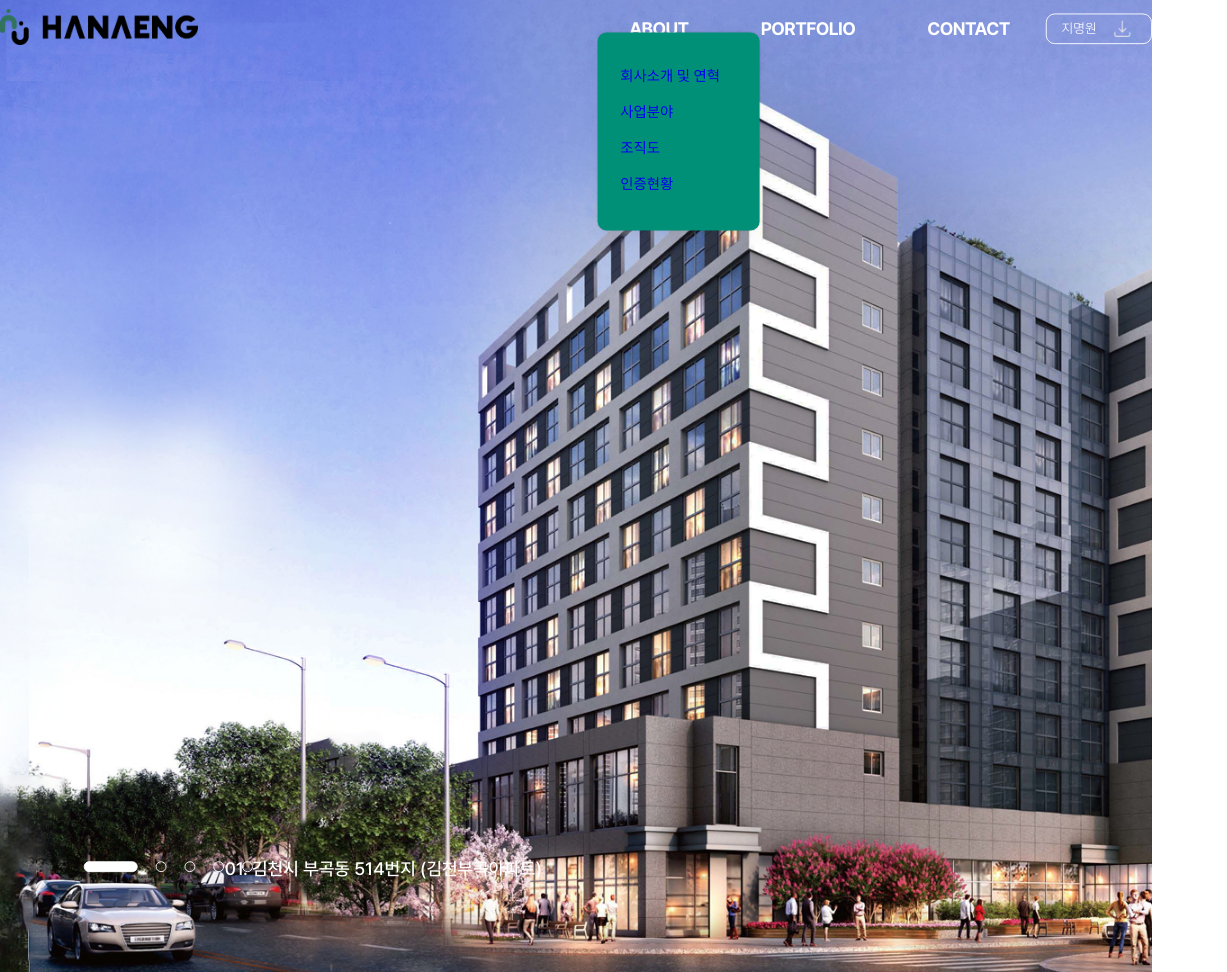
Repository: makeditWeb/hanaenc
Page: main.html
These files come from the project's save history. The page is drawn as it stood at one moment and after the next save; the edit follows.
The browser window is 1280 px wide. The page is 1363 px wide, so the pictures cover 1363 px, including what lies to the right of the window. The pictures show the whole page, at 90% of full size.
After loading, the first visible `button.nav-link` was clicked once.
Some web libraries are served in a nearby version.

Above is the page before, as saved 2023-07-05 18:45:05.

### main.html
<!DOCTYPE html>
<html lang="en">
<head>
    <meta charset="UTF-8">
    <meta name="viewport" content="width=device-width, initial-scale=1.0">
    <title>Document</title>

    <link rel="stylesheet" href="./css/style.css">

    <link rel="stylesheet" type="text/css" href="//cdn.jsdelivr.net/npm/slick-carousel@1.8.1/slick/slick.css"/>
</head>
<body>
    <header id="nav-menu" aria-label="navigation bar">
        <div class="container">
            <div class="nav-start">
                <a class="logo" href="/">
                    <img src="./image/logo_b.png"alt="Logo" />
                </a>

            </div>



            <div class="nav-end">
                <nav class="menu">
                    <ul class="menu-bar">
                        <li>
                            <button class="nav-link dropdown-btn" data-dropdown="dropdown1" aria-haspopup="true"
                                aria-expanded="false" aria-label="discover">
                                ABOUT
                            </button>
                            <div id="dropdown1" class="dropdown">
                                <ul role="menu">
                                    <li>
                                        <a class="dropdown-link" href="#branding">회사소개 및 연혁</a>
                                    </li>
                                    <li role="menuitem">
                                        <a class="dropdown-link" href="#branding">사업분야</a>
                                    </li>
                                    <li role="menuitem">
                                        <a class="dropdown-link" href="#illustrations">조직도</a>
                                    </li>
                                    <li role="menuitem">
                                        <a class="dropdown-link" href="#illustrations">인증현황</a>
                                    </li>
                                </ul>
                            </div>
                        </li>
                        <li><a class="nav-link" href="/">PORTFOLIO</a></li>
                        <li><a class="nav-link" href="/">CONTACT</a></li>
                    </ul>
                </nav>
                <div class="download_wrap">
                    <p>지명원</p>
                    <img src="./image/navbar_down_w.png">
                </div>
                <button id="hamburger" aria-label="hamburger" aria-haspopup="true" aria-expanded="false">
                    <i class="bx bx-menu" aria-hidden="true"></i>
                </button>
            </div>
        </div>
    </header>

    <section class="main">
        <div class="main-slide-wrap">
            <div class="main-slide">
                <img src="./image/main_slide1.jpg" alt="slide1">
                <p class="slide_title">01. 김천시 부곡동 514번지 (김천부곡아파트)</p>
            </div>
            <div class="main-slide">
                <img src="./image/main_slide2.jpg" alt="slide1">
                <p class="slide_title">01. 김천시 부곡동 514번지 (김천부곡아파트)</p>
            </div>
            <div class="main-slide">
                <img src="./image/main_slide3.jpg" alt="slide1">
                <p class="slide_title">01. 김천시 부곡동 514번지 (김천부곡아파트)</p>
            </div>
            <div class="main-slide">
                <img src="./image/main_slide4.jpg" alt="slide1">
                <p class="slide_title">01. 김천시 부곡동 514번지 (김천부곡아파트)</p>
            </div>
            <div class="main-slide">
                <img src="./image/main_slide5.jpg" alt="slide1">
                <p class="slide_title">01. 김천시 부곡동 514번지 (김천부곡아파트)</p>
            </div>
        </div>
    </section>
</body>

<script type="text/javascript" src="//code.jquery.com/jquery-1.11.0.min.js"></script>
<script type="text/javascript" src="//cdn.jsdelivr.net/npm/slick-carousel@1.8.1/slick/slick.min.js"></script>
<script src="./js/main.js"></script>

<script>
    $(document).ready(function () {
        $('.main-slide-wrap').slick({
            infinite: true,
            slidesToShow: 1,
            dots: true,
            arrows:false,
        });
    });
</script>
</html>

### css/style.css
* {
    margin: 0;
    padding: 0;
    box-sizing: border-box;
}

:root {
    --dark-grey: #333333;
    --medium-grey: #636363;
    --light-grey: #eeeeee;
    --ash: #f4f4f4;
    --primary-color: #2b72fb;
    --white: white;
    --border: 1px solid var(--light-grey);
    --shadow: rgba(0, 0, 0, 0.05) 0px 6px 24px 0px,
        rgba(0, 0, 0, 0.08) 0px 0px 0px 1px;
    --main-color:#009078;
}


@font-face {
    font-family: 'Pretendard-Thin';
    src: url('../font/Pretendard-Thin.woff') format('woff'),
        url('../font/Pretendard-Thin.woff2') format('woff2');
    font-weight: 100;
    font-style: normal;
}

@font-face {
    font-family: 'Pretendard-ExtraLight';
    src: url('../font/Pretendard-ExtraLight.woff') format('woff'),
    url('../font/Pretendard-ExtraLight.woff2') format('woff2');
    font-weight: 200;
    font-style: normal;
}

@font-face {
    font-family: 'Pretendard-Light';
    src: url('../font/Pretendard-Light.woff') format('woff'),
    url('../font/Pretendard-Light.woff2') format('woff2');
    font-weight: 300;
    font-style: normal;
}

@font-face {
    font-family: 'Pretendard-Regular';
    src: url('../font/Pretendard-Regular.woff') format('woff'),
    url('../font/Pretendard-Regular.woff2') format('woff2');
    font-weight: 400;
    font-style: normal;
}

@font-face {
    font-family: 'Pretendard-Medium';
    src: url('../font/Pretendard-Medium.woff') format('woff'),
    url('../font/Pretendard-Medium.woff2') format('woff2');
    font-weight: 500;
    font-style: normal;
}

@font-face {
    font-family: 'Pretendard-SemiBold';
    src: url('../font/Pretendard-SemiBold.woff') format('woff'),
    url('../font/Pretendard-SemiBold.woff2') format('woff2');
    font-weight: 600;
    font-style: normal;
}

@font-face {
    font-family: 'Pretendard-Bold';
    src: url('../font/Pretendard-Bold.woff') format('woff'),
    url('../font/Pretendard-Bold.woff2') format('woff2');
    font-weight: 700;
    font-style: normal;
}

@font-face {
    font-family: 'Pretendard-ExtraBold';
    src: url('../font/Pretendard-ExtraBold.woff') format('woff'),
    url('../font/Pretendard-ExtraBold.woff2') format('woff2');
    font-weight: 800;
    font-style: normal;
}

@font-face {
    font-family: 'Pretendard-Black';
    src: url('../font/Pretendard-Black.woff') format('woff'),
    url('../font/Pretendard-Black.woff2') format('woff2');
    font-weight: 800;
    font-style: normal;
}


body {
    font-family: inherit;

}

ul {
    list-style: none;
}

a {
    text-decoration: none;
}

button {
    border: none;
    background-color: transparent;
    cursor: pointer;
    outline: none;
}

.btn {
    display: block;
    text-align: center;
    padding: 0.6rem 1.4rem;
    font-size: 1rem;
    font-weight: 500;
    border-radius: 5px;
}


.logo {
    width: 220px;
    height: auto;
}

.logo img{
    width: 100%;
    height: 100%;
}

#nav-menu {
    background-color: transparent;
    position: fixed;
    top: 0;
    left: 0;
    height: 100px;
    width: 100%;
    z-index: 9;
    height: 90px;
}

.container {
    display: flex;
    align-items: center;
    justify-content: space-between;
    column-gap: 2rem;

    max-width: 1410px;
    margin: 0 auto;
}

.menu {
    position: relative;
}

.menu-bar li{
    position: relative;
}


.menu-bar .dropdown-link-title {
    font-weight: 600;
}

.menu-bar .nav-link {
    font-size: 20px;
    letter-spacing: -0.6px;
    padding: 20px 40px;
    color: #fff;
    font-family: 'Pretendard-Bold';
    box-sizing: border-box;
}


.menu-bar .nav-link:hover,
.dropdown-link:hover {
    color: var(--primary-color);
}

.nav-start,
.nav-end,
.menu-bar,
.right-container,
.right-container .search {
    display: flex;
    align-items: center;
}

.dropdown {
    display: flex;
    flex-direction: column;
    width: 180px;
    height: 220px;
    background-color: var(--main-color);
    border-radius: 10px;
    position: absolute;
    top: 36px;
    z-index: 1;
    visibility: hidden;
    opacity: 0;
    transform: scale(0.97) translateX(-5px);
    transition: 0.1s ease-in-out;
    box-shadow: var(--shadow);
}

.dropdown.active {
    visibility: visible;
    opacity: 1;
    transform: scale(1) translateX(5px);
}

.dropdown ul {
    display: flex;
    flex-direction: column;
    padding: 27px 25px;
}

.dropdown-btn {
    display: flex;
    align-items: center;
    justify-content: space-between;
    gap: 0.15rem;
}

.dropdown-link {
    display: flex;
    gap: 0.5rem;
    padding: 0.5rem 0;
    border-radius: 7px;
    transition: 0.1s ease-in-out;
}

.dropdown-link p {
    font-size: 20px;
    color: color;
}

.right-container {
    display: flex;
    align-items: center;
    column-gap: 1rem;
}

.right-container .search {
    position: relative;
}

.right-container img {
    border-radius: 50%;
}

.search input {
    background-color: var(--ash);
    border: none;
    border-radius: 6px;
    padding: 0.7rem;
    padding-left: 2.4rem;
    font-size: 16px;
    width: 100%;
    border: var(--border);
}

.search .bx-search {
    position: absolute;
    left: 10px;
    top: 50%;
    font-size: 1.3rem;
    transform: translateY(-50%);
    opacity: 0.6;
}

#hamburger {
    display: none;
    padding: 0.1rem;
    margin-left: 1rem;
    font-size: 1.9rem;
}

.download_wrap{
    display: flex;
    align-items: center;
    justify-content: center;
    border: 1px solid #fff;
    border-radius: 10px;
    width: 118px;
    height: 34px;

}

.download_wrap p{
    font-size: 15px;
    color: #fff;
    font-family: 'Pretendard-Light';
    margin-right: 14px;
}

.download_wrap img{
    width: 30px;
    height: 30px;
}

.main-slide {
    width: 100%;
    position: relative;
}

.main-slide p{
    color: #fff;
    position: absolute;
    bottom: 103px;
    left: 19.5%;
    font-size: 20px;
    font-family: 'Pretendard-Medium';
}

.slick-dots{
    display: flex;
    align-items: center;
    padding: 1rem 0;
    list-style-type: none;
    position: absolute;
    bottom: 95px;
    max-width: 1410px;
    width: 100%;
    margin: 0 auto;
    left: 6.5%;
}

.slick-dots li {
    margin: 0 10px;
}

.slick-dots button {
    display: block;
    width: 12px;
    height: 12px;
    border-radius: 50%;
    padding: 0;
    border: none;
    background-color: transparent;
    border: 1px solid #fff;
    text-indent: -9999px;
}

.slick-dots li.slick-active button {
    width: 60px;
    height: 12px;
    background-color: #fff;
    border-radius: 10px;
  }

@media (max-width: 1100px) {
    #hamburger {
        display: block;
    }

    .container {
        padding: 1.2rem;
    }

    .menu {
        display: none;
        position: absolute;
        top: 87px;
        left: 0;
        min-height: 100vh;
        width: 100vw;
    }



    .dropdown {
        display: none;
        min-width: 100%;
        border: none !important;
        border-radius: 5px;
        position: static;
        top: 0;
        left: 0;
        visibility: visible;
        opacity: 1;
        transform: none;
        box-shadow: none;
    }

    .menu.show,
    .dropdown.active {
        display: block;
    }

    .dropdown ul {
        padding-left: 0.3rem;
    }

    .menu-bar {
        display: flex;
        flex-direction: column;
        align-items: stretch;
        row-gap: 1rem;
        padding: 1rem;
    }

    .menu-bar .nav-link {
        display: flex;
        justify-content: space-between;
        width: 100%;
        font-weight: 600;
        font-size: 1.2rem;
        margin: 0;
    }

    .menu-bar li:first-child .dropdown {
        min-width: 100%;
    }

    .menu-bar>li:not(:last-child) {
        padding-bottom: 0.5rem;
        border-bottom: var(--border);
    }
}

@media (max-width: 600px) {
    .right-container {
        display: none;
    }
}

### js/main.js


// main

const dropdownBtn = document.querySelectorAll(".dropdown-btn");
const dropdown = document.querySelectorAll(".dropdown");
const hamburgerBtn = document.getElementById("hamburger");
const navMenu = document.querySelector(".menu");
const links = document.querySelectorAll(".dropdown a");

function setAriaExpandedFalse() {
  dropdownBtn.forEach((btn) => btn.setAttribute("aria-expanded", "false"));
}

function closeDropdownMenu() {
  dropdown.forEach((drop) => {
    drop.classList.remove("active");
    drop.addEventListener("click", (e) => e.stopPropagation());
  });
}

function toggleHamburger() {
  navMenu.classList.toggle("show");
}

dropdownBtn.forEach((btn) => {
  btn.addEventListener("click", function (e) {
    const dropdownIndex = e.currentTarget.dataset.dropdown;
    const dropdownElement = document.getElementById(dropdownIndex);

    dropdownElement.classList.toggle("active");
    dropdown.forEach((drop) => {
      if (drop.id !== btn.dataset["dropdown"]) {
        drop.classList.remove("active");
      }
    });
    e.stopPropagation();
    btn.setAttribute(
      "aria-expanded",
      btn.getAttribute("aria-expanded") === "false" ? "true" : "false"
    );
  });
});

// close dropdown menu when the dropdown links are clicked
links.forEach((link) =>
  link.addEventListener("click", () => {
    closeDropdownMenu();
    setAriaExpandedFalse();
    toggleHamburger();
  })
);

// close dropdown menu when you click on the document body
document.documentElement.addEventListener("click", () => {
  closeDropdownMenu();
  setAriaExpandedFalse();
});

// close dropdown when the escape key is pressed
document.addEventListener("keydown", (e) => {
  if (e.key === "Escape") {
    closeDropdownMenu();
    setAriaExpandedFalse();
  }
});

// toggle hamburger menu
hamburgerBtn.addEventListener("click", toggleHamburger);

After the next save:
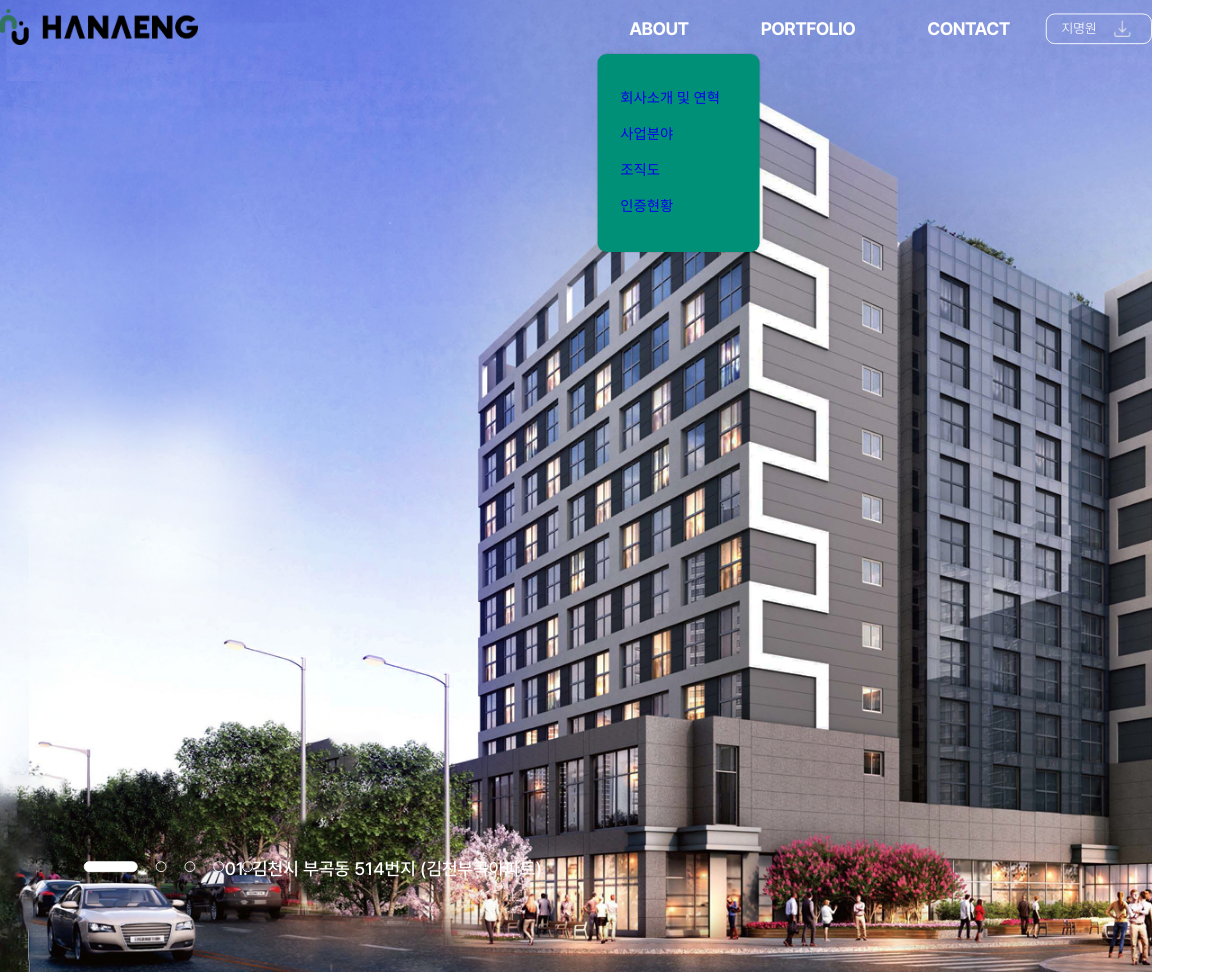
Saved 65 s later.
--- a/css/style.css
+++ b/css/style.css
@@ -197,7 +197,7 @@
     background-color: var(--main-color);
     border-radius: 10px;
     position: absolute;
-    top: 36px;
+    top: 60px;
     z-index: 1;
     visibility: hidden;
     opacity: 0;
@@ -235,7 +235,7 @@
 
 .dropdown-link p {
     font-size: 20px;
-    color: color;
+    color: #fff;
 }
 
 .right-container {
